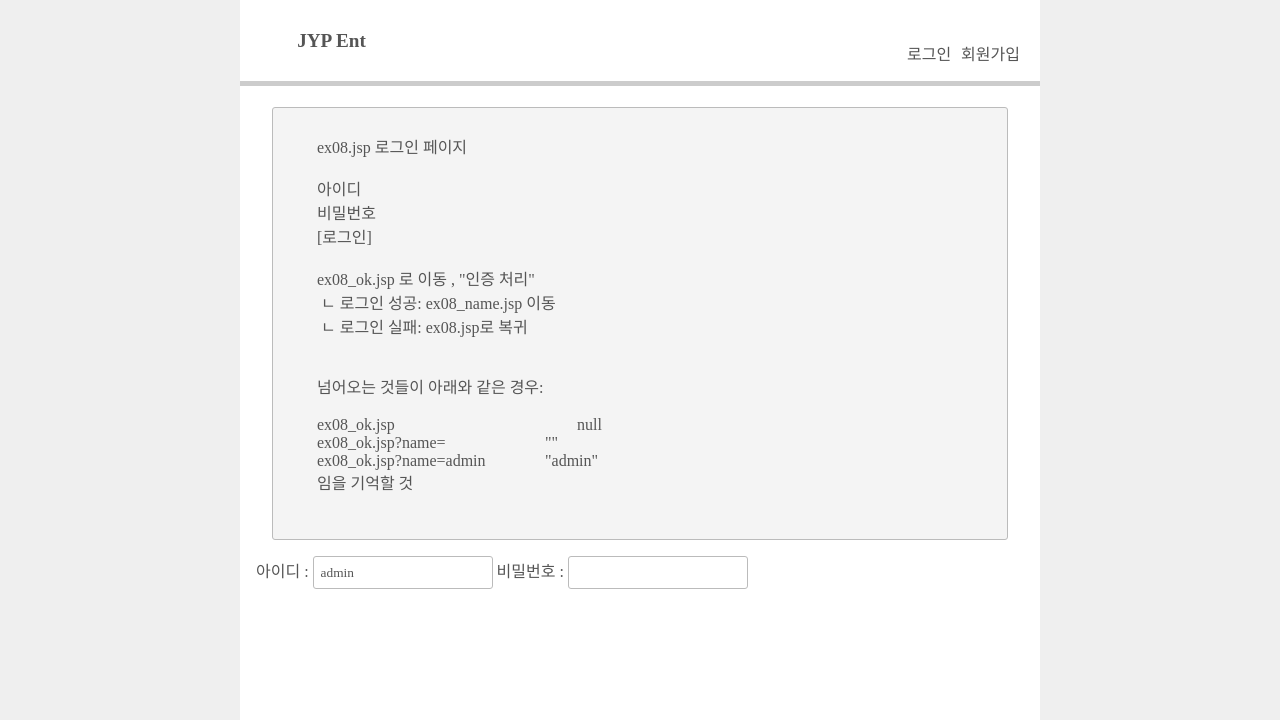
Repository: junyong231/JSP-SSIT
Page: http://localhost/jspPro/days03/ex08.jsp
These files come from the project's save history. The page is drawn as it stood at one moment and after the next save; the edit follows.
The browser window is 1280 px wide. The pictures show the whole page.
Some web fonts or font styles are not loaded; a fallback is used. The page is served by Tomcat 9.

Above is the page before, as saved 2024-10-17 06:24:16.

After the next save:
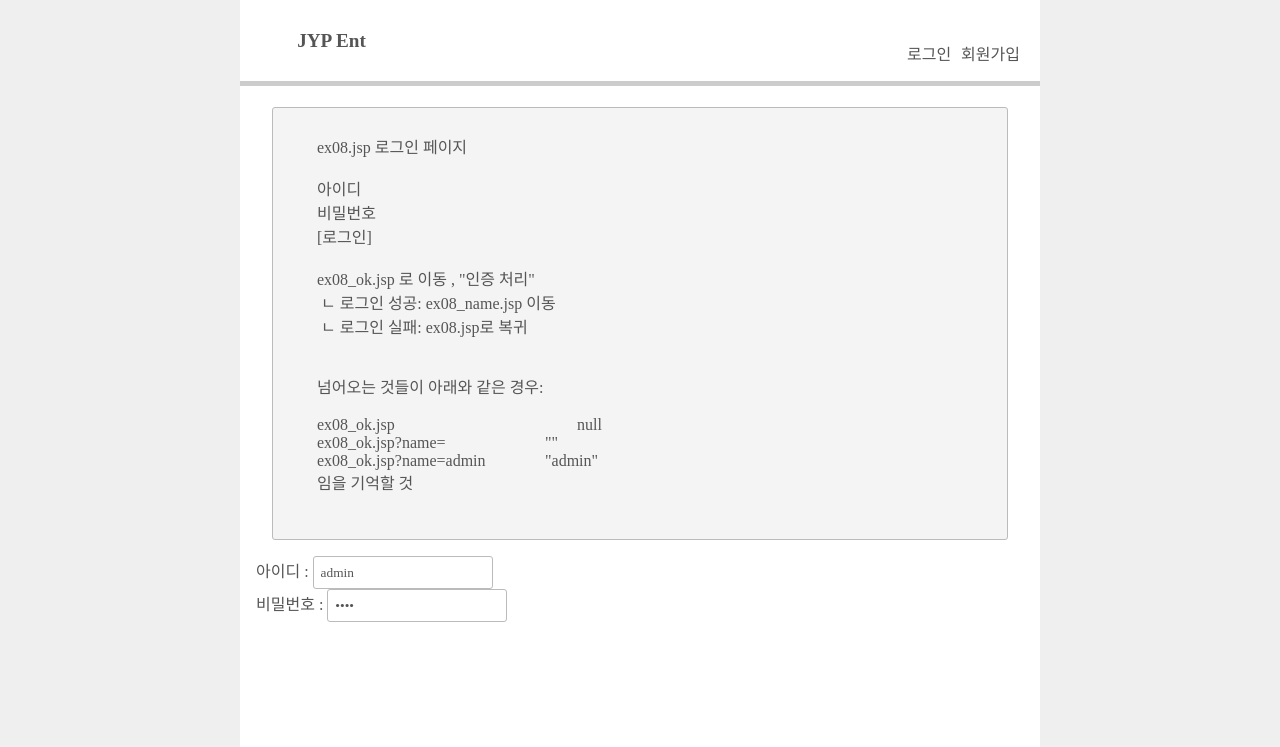
Saved 23 s later.
--- a/jspPro/src/main/webapp/days03/ex08.jsp
+++ b/jspPro/src/main/webapp/days03/ex08.jsp
@@ -48,9 +48,8 @@
 
   <form action="ex08_ok.jsp" method="get">
 
-  	아이디 : <input type="text" name="id" value="admin">
-  	비밀번호 : <input>
-
+  	아이디 : <input type="text" name="id" value="admin"> <br>
+  	비밀번호 : <input type="password" name="pw" value="1234">
   </form>
 
 </div>
